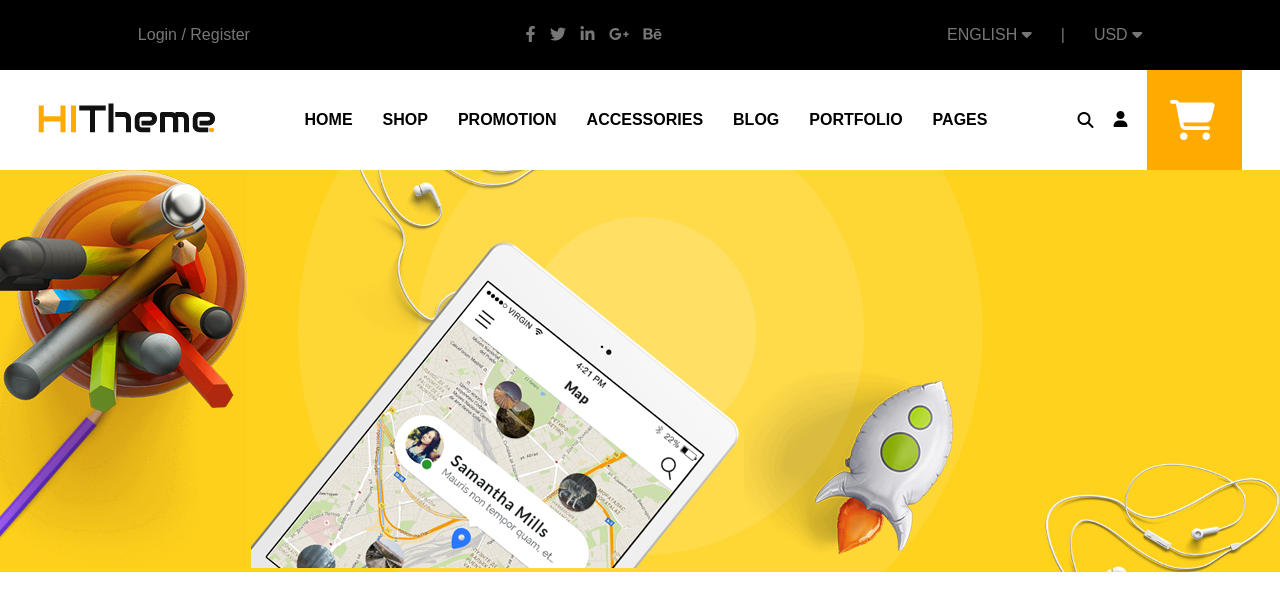
Repository: Thach1311/DU-AN-WEB-BAN-HANG-
Page: index1.html
An editor plug-in stored every save of this project. The page is shown before and after the next save, followed by the edit.
The browser window is 1280 px wide. The pictures show the whole page.

Above is the page before, as saved 2023-02-23 17:27:03.

After the next save:
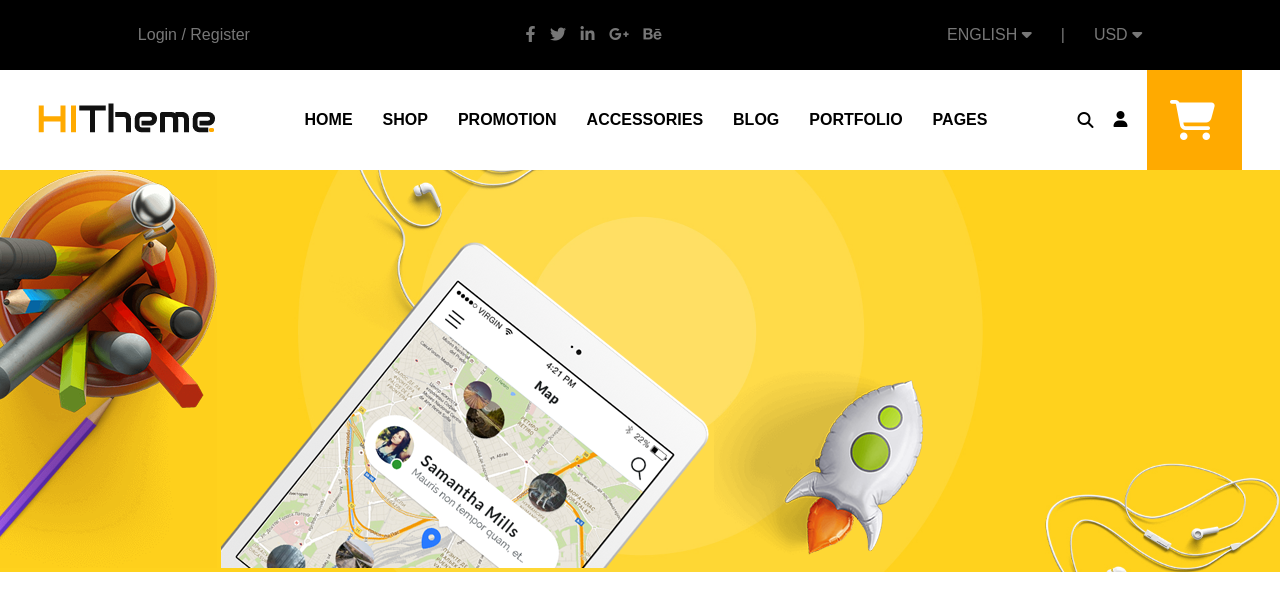
Saved 2 s later.
--- a/CSS/style1.css
+++ b/CSS/style1.css
@@ -615,7 +615,7 @@
 }
 .slide__bgMain-item1{
 
-    animation: go 2s in alternate-reverse;
+    animation: go 2s infinite alternate-reverse;
 }
 
 /* Animation */

After the save that followed:
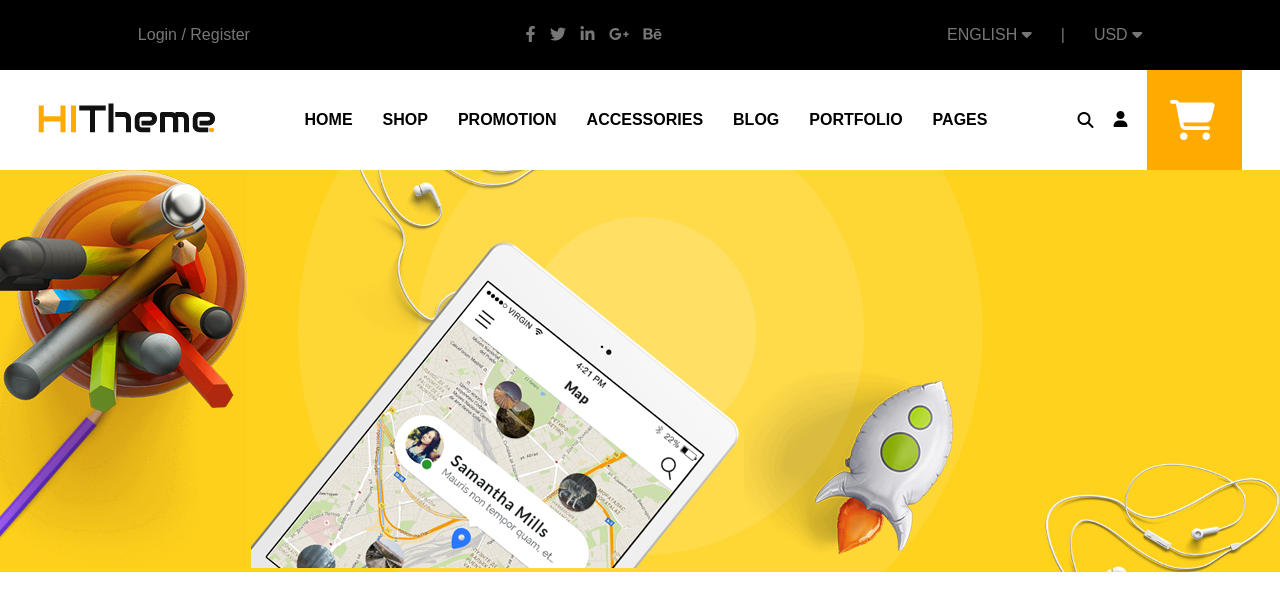
Saved 48 s later.
--- a/CSS/style1.css
+++ b/CSS/style1.css
@@ -615,7 +615,7 @@
 }
 .slide__bgMain-item1{
 
-    animation: go 2s infinite alternate-reverse;
+    /* animation: go 2s infinite alternate-reverse; */
 }
 
 /* Animation */
